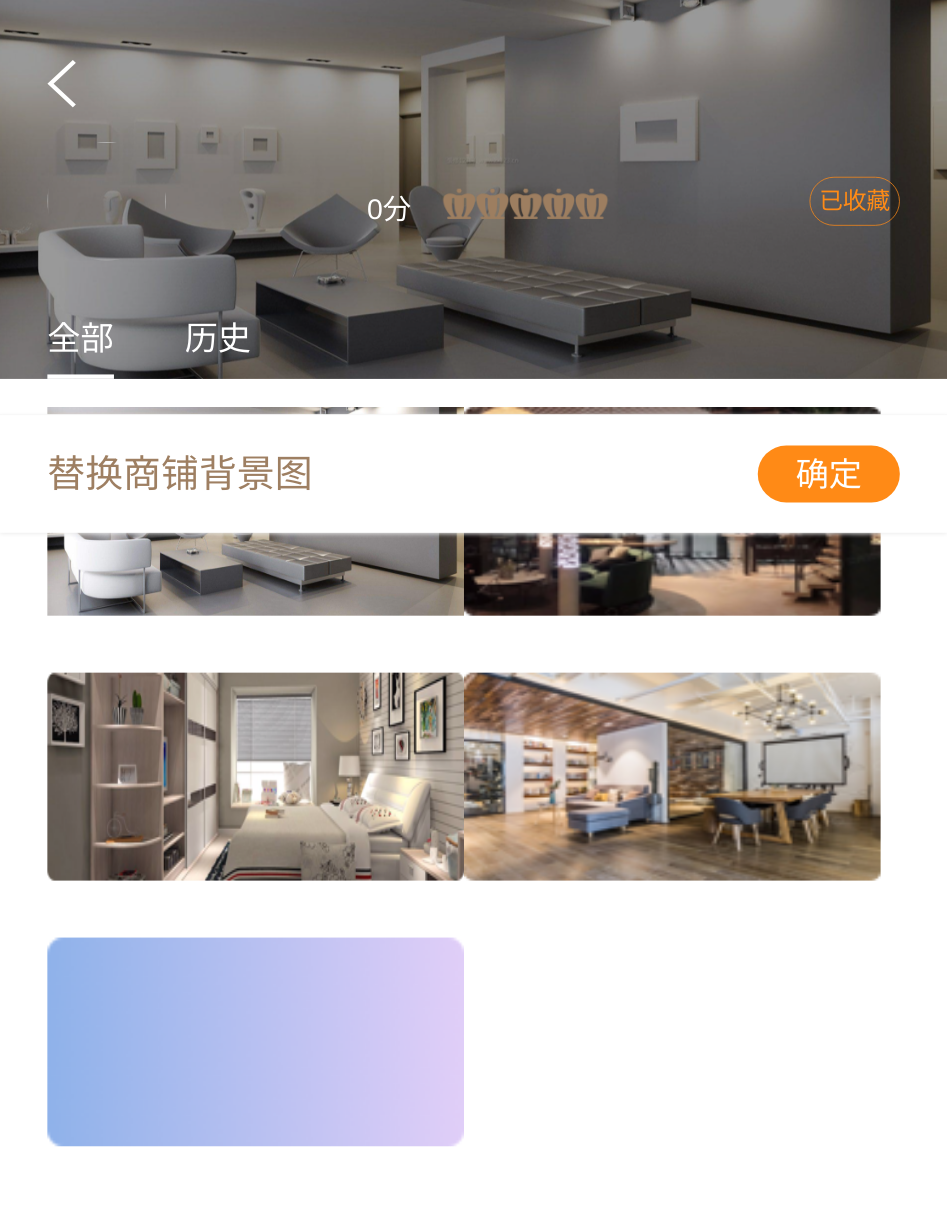
Repository: missing-star/rockBridge
Page: shop-set-bg.html
These files come from the project's save history. The page is drawn as it stood at one moment and after the next save; the edit follows.
The browser window is 1280 px wide. The pictures show the whole page, at 74% of full size.

Above is the page before, as saved 2019-05-16 17:51:16.

### shop-set-bg.html
<!DOCTYPE html>
<html lang="en">

<head>
    <meta charset="UTF-8">
    <meta name="viewport" content="width=device-width, initial-scale=1.0, user-scalable=no,maximum-scale=1.0">
    <meta http-equiv="X-UA-Compatible" content="ie=edge">
    <meta http-equiv="Expires" content="0">
    <meta http-equiv="Pragma" content="no-cache">
    <meta http-equiv="Cache-control" content="no-cache">
    <meta http-equiv="Cache" content="no-cache">
    <link rel="stylesheet" href="assets/mui/css/mui.min.css?v=1.2.6">
    <link rel="stylesheet" href="css/common.css?v=1.2.6">
    <link rel="stylesheet" href="css/shop-detail.css?v=1.2.6">
    <link rel="stylesheet" href="css/shop-set-bg.css">
    <title>叠石桥</title>
    <!--
        店铺详情
    -->
</head>

<body>
    <div id="app">
        <!--顶部搜索栏-->
        <header class="mui-bar mui-bar-nav" :style="currentBg">
            <div class="bg-black">
                <div class="search-group">
                    <i onclick="goBack()" class="mui-icon mui-icon-arrowleft"></i>
                </div>
                <div class="shop-info">
                    <img :src="shopInfo.images" alt="" class="shop-logo">
                    <div class="shop-title">
                        <p class="shop-name">{{shopInfo.title}}</p>
                        <p class="shop-level">
                            <span class="shop-score">{{score}}分</span>
                            <span class="shop-level-icon">
                                <img v-for="n in score" class="img-level" src="imgs/crown-active.png" alt="">
                                <img class="img-level" v-for="n in (5-score)" src="imgs/crown.png" alt="">
                            </span>
                        </p>
                    </div>
                    <button class="follow active">
                        已收藏
                    </button>
                </div>
                <ul class="tab-list">
                    <li class="tab-item active" data-tab-id="0">全部</li>
                    <li class="tab-item" data-tab-id="1">历史</li>
                </ul>
            </div>
        </header>
        <div class="mui-content">
            <div class="tab-content" :class="{active:showTab == 0}">
                <img v-for="index in bgList" :src="getBg(index)" class="preview-item">
            </div>
            <div class="tab-content goods" :class="{active:showTab == 1}">

            </div>
        </div>
        <!-- 联系商家 -->
        <div class="contact-business-wrapper">
            <p class="phone-number-wrapper">
                <span class="phone-number">替换商铺背景图</span>
            </p>
            <a href="javascript:;" @click="changeBg" class="contact-business-btn">确定</a>
        </div>
    </div>
    <script src="assets/vue/vue.min.js?v=1.2.6"></script>
    <script src="assets/jquery/jquery.min.js?v=1.2.6"></script>
    <script src="assets/mui/js/mui.min.js?v=1.2.6"></script>
    <script src="js/common.js?v=1.2.6"></script>
    <script src="js/shop-set-bg.js"></script>
</body>

</html>

### css/common.css
html,
body,
.mui-content {
    font-size: calc(100vw / 20);
    background: #ffffff;
}
*{
    word-break: break-all;
}
div.mui-content {
    padding: 1rem;
}

header.mui-bar.mui-bar-nav {
    background: #ffffff;
    -webkit-box-shadow: none;
            box-shadow: none;
}

nav.mui-bar.mui-bar-tab {
    background: #ffffff;
    -webkit-box-shadow: 0 0 6px 0 rgba(0, 0, 0, 0.15);
            box-shadow: 0 0 6px 0 rgba(0, 0, 0, 0.15);
}

nva.mui-bar-tab span.mui-tab-label {
    color: #9d7e60;
}

.mui-bar-tab .mui-tab-item.mui-active {
    color: #5f4831;
}

img.mui-icon.nav-bar-icon.active {
    display: inline;
}

img.mui-icon.nav-bar-icon {
    display: none;
}

p {
    margin: 0;
}

input[type=color],
input[type=date],
input[type=datetime-local],
input[type=datetime],
input[type=email],
input[type=month],
input[type=number],
input[type=password],
input[type=search],
input[type=tel],
input[type=text],
input[type=time],
input[type=url],
input[type=week],
select,
textarea {
    margin-bottom: 0;
    width: auto;
    height: auto;
    border: none;
    -webkit-box-flex: 1;
        -ms-flex: 1;
            flex: 1;
    font-size: 0.8rem;
}

input::-webkit-input-placeholder {
    color: #c2c2c2;
}

nav.mui-bar.mui-bar-tab a.mui-tab-item {
    -ms-touch-action: none;
        touch-action: none;
    height: 100%;
}

nav.mui-bar.mui-bar-tab {
    height: 3rem;
}

.mui-bar-tab .mui-tab-item .mui-icon {
    top: 3px;
    width: 1.2rem;
    height: 1.2rem;
    padding-top: 0;
    padding-bottom: 0;
    margin-bottom: 0.1rem;
}

.mui-bar-tab .mui-tab-item .mui-icon~.mui-tab-label {
    font-size: 0.5rem;
    line-height: 1rem;
}

.mui-bar-tab~.mui-content {
    padding-top: 2.5rem;
    padding-bottom: 3rem;
}

button.submit {
    background: #9d7e60;
    width: 100%;
    border: none;
    border-radius: 1rem;
    font-size: 1rem;
    line-height: 1rem;
    color: #fff;
    margin-top: 1rem;
    height: 2rem;
}

button.mui-btn.mui-btn-blue.mui-poppicker-btn-ok,
button.mui-btn.mui-btn-blue {
    color: #ff8b16;
    background: transparent;
    border: none;
    font-size: 1rem;
}

.mui-poppicker-header,
.mui-dtpicker-header {
    border-radius: 0.3rem 0.3rem 0 0;
}

button.mui-btn.mui-poppicker-btn-cancel,
.mui-dtpicker-header button {
    color: #aaaaaa;
    border: none;
    background: transparent;
    font-size: 1rem;
}

button.mui-btn.mui-poppicker-btn-cancel>img,
.mui-dtpicker-header button>img {
    width: 1rem;
}

.mui-picker-inner,
.mui-picker {
    background: #fcfcfc;
    -webkit-mask-box-image: none;
    border-radius: 0 0 0.3rem 0.3rem;
}

.mui-poppicker-body {
    border: none;
    border-radius: 0 0 0.3rem 0.3rem;
}

button.mui-btn {
    color: #aaaaaa;
    border-color: #aaaaaa;
}

.mui-dtpicker-header {
    background: #ffffff;
}

.mui-dtpicker-title h5 {
    display: none;
}

span.mui-popup-button.mui-popup-button-bold {
    color: #FF8B16;
}

span.mui-popup-button {
    color: #aaaaaa;
}

[v-cloak] {
    display: none !important;
}

.mui-poppicker.mui-active,
.mui-dtpicker.mui-active {
    margin: 0.5rem;
    width: calc(100% - 1rem);
    border-radius: 0.3rem;
}

.popicker-title,
.dt-popicker-title {
    -webkit-box-flex: 1;
        -ms-flex: 1;
            flex: 1;
    text-align: center;
    font-size: 1rem;
    color: #000000;
}

.mui-poppicker-header,
.mui-dtpicker-header {
    display: -webkit-box;
    display: -ms-flexbox;
    display: flex;
    -webkit-box-align: center;
        -ms-flex-align: center;
            align-items: center;
    -webkit-box-pack: justify;
        -ms-flex-pack: justify;
            justify-content: space-between;
    background: #eeeeee;
}

.mui-pciker-list li {
    color: #b19c88;
}

.mui-pciker-list li.highlight {
    color: #5f4831;
}

.mui-pciker-rule-ft {
    z-index: 2;
    border-top: solid 1px #ced7de;
    border-bottom: solid 1px #ced7de;
}


input::-webkit-outer-spin-button,
input::-webkit-inner-spin-button {

    -webkit-appearance: none !important;
}

input[type="number"] {
    -moz-appearance: textfield;
}
.ellipsis{
    white-space: nowrap;
    overflow: hidden;
    text-overflow: ellipsis;
}
/* 联系商家 */
.contact-business-wrapper {
    position: fixed;
    bottom: 0;
    width: 100%;
    height: 2.5rem;
    background: #FFFFFF;
    border-top: 1px solid #f6f6f6;
    -webkit-box-shadow: 0 2px 6px 0 #EBEBEB;
            box-shadow: 0 2px 6px 0 #EBEBEB;
    display: -webkit-box;
    display: -ms-flexbox;
    display: flex;
    -webkit-box-align: center;
        -ms-flex-align: center;
            align-items: center;
    -webkit-box-pack: justify;
        -ms-flex-pack: justify;
            justify-content: space-between;
    padding: 0 1rem;
}
span.phone-number {
    color: #9e7f62;
    font-size: 0.8rem;
}
a.contact-business-btn {
    background: #ff8a16;
    color: #fff;
    font-size: 0.7rem;
    border-radius: 1rem;
    padding: 0.1rem 0.8rem;
    line-height: 1rem;
}
p.phone-number-wrapper {
    display: -webkit-box;
    display: -ms-flexbox;
    display: flex;
    -webkit-box-align: center;
        -ms-flex-align: center;
            align-items: center;
    -webkit-box-pack: justify;
        -ms-flex-pack: justify;
            justify-content: space-between;
    min-width: 28%;
}
img.phone-icon {
    width: 1rem;
}

### css/shop-detail.css
header.mui-bar.mui-bar-nav {
    height: 8rem;
    background-repeat: no-repeat;
    background-size: cover;
    padding: 0;
}

.mui-bar-nav.mui-bar .mui-icon {
    margin-left: -0.5rem;
    padding: 0;
    font-size: 1.6rem;
    color: #FFFFFF;
}
input.search-input {
    background-image: url(../imgs/search.png);
    background-repeat: no-repeat;
    background-position: 0.5rem;
    background-size: 0.8rem;
    margin: 0;
    margin: 0 1rem;
    -webkit-box-shadow: 0 0 6px 0 rgba(0,0,0,0.15);
            box-shadow: 0 0 6px 0 rgba(0,0,0,0.15);
    border-radius: 1rem;
    padding-left: 1.5rem;
    font-size: 0.8rem;
    height: 100%;
    text-align: center;
}
.notice-container {
    position: relative;
    width: 2.5rem;
    display: -webkit-box;
    display: -ms-flexbox;
    display: flex;
    -webkit-box-align: center;
        -ms-flex-align: center;
            align-items: center;
}

img.notice-icon {
    width: 0.5rem;
}
.search-group {
    width: 100%;
    display: -webkit-box;
    display: -ms-flexbox;
    display: flex;
    -webkit-box-align: center;
        -ms-flex-align: center;
            align-items: center;
    -webkit-box-pack: justify;
        -ms-flex-pack: justify;
            justify-content: space-between;
    height: 1.5rem;
}
.bg-black {
    width: 100%;
    height: 100%;
    background: rgba(0,0,0,0.4);
    padding: 1rem;
    position: relative;
}
.shop-info {
    display: -webkit-box;
    display: -ms-flexbox;
    display: flex;
    -webkit-box-align: center;
        -ms-flex-align: center;
            align-items: center;
    height: 3.5rem;
    -webkit-box-pack: justify;
        -ms-flex-pack: justify;
            justify-content: space-between;
}
img.shop-logo {
    width: 2.5rem;
    height: 2.5rem;
    border-radius: 50%;
}
img.img-level {
    width: 0.7rem;
}
p.shop-name {
    color: #fff;
    font-size: 0.8rem;
    line-height: 0.8rem;
}
p.shop-level {
    color: #fff;
    font-size: 0.6rem;
    margin-top: 0.2rem;
    line-height: 0.6rem;
}
button.follow {
    background: transparent;
    border-radius: 1rem;
    color: #fff;
    font-size: 0.5rem;
    line-height: 0.8rem;
}
span.shop-level-icon {
    margin-left: 0.5rem;
}
ul.tab-list {
    margin: 0;
    padding: 0;
    list-style: none;
    color: #fff;
    display: -webkit-box;
    display: -ms-flexbox;
    display: flex;
    -webkit-box-align: center;
        -ms-flex-align: center;
            align-items: center;
    height: 1.2rem;
    position: absolute;
    bottom: 0;
}
li.tab-item {
    margin-right: 1.5rem;
    position: relative;
    height: 100%;
    line-height: 0.7rem;
    font-size: 0.7rem;
}
li.tab-item.active:after{
    content: '';
    width:100%;
    background: #fff;
    height: 0.1rem;
    position: absolute;
    bottom: 0;
    left: 0;
}
.slider, .slider-business {
    white-space: nowrap;
    overflow: hidden;
    overflow-x: scroll;
}
.slider-business-item {
    display: inline-block;
    width: 5rem;
    border-radius: 6px;
    margin-right: 10px;
    text-align: center;
}
.slider-business::-webkit-scrollbar{
    width: 0;
    height: 0;
}
.slider-business-item img {
    width: 100%;
    border-radius: 6px;
    height: 5rem;
}
p.business-item-title {
    margin-top: 0.5rem;
    font-size: 0.8rem;
    color: #333;
    line-height: 0.8rem;
    margin-bottom: 0.5rem;
}
p.business-item-content {
    font-size: 0.6rem;
    line-height: 0.6rem;
    color:#fb8433;
}
.mui-bar-nav~.mui-content{
    padding-top: 8rem;
}
p.business-top-title,p.class-title {
    font-size: 0.8rem;
    padding: 1rem 0;
    color: #000;
}
div.have-good-goods {
    display: -webkit-box;
    display: -ms-flexbox;
    display: flex;
    -webkit-box-align: center;
        -ms-flex-align: center;
            align-items: center;
    -ms-flex-wrap: wrap;
        flex-wrap: wrap;
    -webkit-box-pack: justify;
        -ms-flex-pack: justify;
            justify-content: space-between;
}
.goods-item {
    width: 48%;
    margin-bottom: 1rem;
}
img.goods-img {
    width: 100%;
    height: calc(48vw - 1rem);
    border-radius: 0.2rem;
}
.goods-info>p:first-child {
    margin: 0.2rem 0;
    font-size: 0.6rem;
    line-height: 0.8rem;
}
.goods-info>p {
    font-size: 0.8rem;
    line-height: 0.8rem;
    display: -webkit-box;
    display: -ms-flexbox;
    display: flex;
    -webkit-box-align: center;
        -ms-flex-align: center;
            align-items: center;
    -webkit-box-pack: justify;
        -ms-flex-pack: justify;
            justify-content: space-between;
}
span.eye-container {
    display: -webkit-inline-box;
    display: -ms-inline-flexbox;
    display: inline-flex;
    -webkit-box-align: center;
        -ms-flex-align: center;
            align-items: center;
}
img.view-num {
    width: 1rem;
    margin-right: 0.2rem;
}
button.reserve {
    background: #9d7e60;
    border: none;
    border-radius: 1rem;
    color: #fff;
    padding: 0 0.3rem;
    font-size: 0.6rem;
    line-height: 1rem;
}
.bottom-line {
    width: 100%;
    color: #aaa;
    font-size: 0.8rem;
    text-align: center;
    height: 2rem;
    margin-bottom: 0.5rem;
}
button.follow.active {
    color: #ff8b16;
    border-color: #ff8b16;
}

/**搜索页样式*/
div.search-page.active{
    -webkit-animation: slideIn 0.2s ease;
            animation: slideIn 0.2s ease;
    -webkit-animation-fill-mode: forwards;
            animation-fill-mode: forwards;
}
@-webkit-keyframes slideIn{
    from{
        left:100%
    }
    to{
        left:0
    }
}
@keyframes slideIn{
    from{
        left:100%
    }
    to{
        left:0
    }
}
div.search-page {
    position: fixed;
    left: 100%;
    top: 0;
    width: 100%;
    height: 100%;
    z-index: 99;
    background: #fff;
}
div.search-page.slide-out{
    -webkit-animation: slideOut 0.2s ease;
            animation: slideOut 0.2s ease;
    -webkit-animation-fill-mode: forwards;
            animation-fill-mode: forwards;
}
@-webkit-keyframes slideOut{
    from{
        left:0
    }
    to{
        left:100%
    }
}
@keyframes slideOut{
    from{
        left:0
    }
    to{
        left:100%
    }
}
div.search-page>header {
    padding: 15px;
    display: -webkit-box;
    display: -ms-flexbox;
    display: flex;
    -webkit-box-align: center;
        -ms-flex-align: center;
            align-items: center;
    -webkit-box-pack: justify;
        -ms-flex-pack: justify;
            justify-content: space-between;
}
img.icon-back {
    width: 0.6rem;
}
span.cancel-search {
    white-space: nowrap;
    color: #333;
    padding: 0.5rem 0;
    font-size: 0.8rem;
}
p.business-detail>span:first-child{
	font-size: 0.8rem;
	line-height: 0.8rem;
    margin-bottom: 0.2rem;
    display: -webkit-box;
    display: -ms-flexbox;
    display: flex;
    -webkit-box-align: center;
        -ms-flex-align: center;
            align-items: center;
}

p.business-detail>span:last-child{
	font-size: 0.6rem;
	line-height: 0.6rem;
}

ul.tab-bar {
    margin: 0;
    list-style: none;
    padding-left: 15px;
}

li.tab-bar-item{
    display: inline-block;
    text-align: center;
    color:#888888;
    font-size: 0.8rem;
    width: 3rem;
    height: 1.5rem;
    position: relative;
    margin-right: 1rem;
    line-height: 0.9rem;
}
li.tab-bar-item.active{
    color:#5e452d;
}
li.tab-bar-item.active:after {
    content: '';
    width: 100%;
    height: 3px;
    position: absolute;
    bottom: 0;
    left: 0;
    background: #5e452d;
}
header.history-header,header.hot-header {
    margin-top: 1rem;
    display: -webkit-box;
    display: -ms-flexbox;
    display: flex;
    -webkit-box-align: center;
        -ms-flex-align: center;
            align-items: center;
    -webkit-box-pack: justify;
        -ms-flex-pack: justify;
            justify-content: space-between;
    padding: 0 15px;
}
p.search-history-title,p.search-hot-title {
    font-size: 0.7rem;
}
img.icon-delete {
    width: 0.8rem;
}
ul.history-list ,ul.hot-list{
    list-style: none;
    margin-top: 1rem;
    padding: 0 15px;
}
li.list-item {
    display: inline-block;
    padding: 0.2rem 1rem;
    background: #f6f6f6;
    border-radius: 100px;
    color:#666666;
    font-size: 0.6rem;
    margin-right: 0.6rem;
    margin-bottom: 0.4rem;
}
.input-group {
    position: relative;
    -webkit-box-flex: 1;
        -ms-flex: 1;
            flex: 1;
    margin: 0 1rem;
    height: 1.5rem;
}
img.clear-icon {
    position: absolute;
    top: 0.3rem;
    right: 0.4rem;
    width: 0.8rem;
}
input.search-page-input {
    height: 100%;
    background: url(../imgs/search.png) no-repeat;
    background-position: 0.2rem;
    background-size: 0.8rem;
    margin: 0;
    -webkit-box-shadow: 0 0 6px 0 rgba(0,0,0,0.15);
            box-shadow: 0 0 6px 0 rgba(0,0,0,0.15);
    border-radius: 1rem;
    padding-left: 1.3rem;
    font-size: 0.6rem;
    width: 100%;
}
p.name {
    color: #333333;
    text-align: center;
    font-size: 0.8rem;
    line-height: 1rem;
}
p.price {
    color: #ff4404;
    text-align: center;
    font-size: 0.6rem;
    line-height: 1rem;
}
.tab-content {
    display: none;
}
.tab-content.active {
    display: block;
}
.tab-content.goods.active {
    padding-top: 1rem;
}
.comments-score {
    display: -webkit-box;
    display: -ms-flexbox;
    display: flex;
    -webkit-box-align: center;
        -ms-flex-align: center;
            align-items: center;
    -webkit-box-pack: justify;
        -ms-flex-pack: justify;
            justify-content: space-between;
}
img.comments-icon {
    width: 0.75rem;
    margin: 0 0.1rem;
}
.score-show,.star-container,.good-percent {
    -webkit-box-shadow: 0px 2px 6px 0px rgba(0,0,0,0.15);
            box-shadow: 0px 2px 6px 0px rgba(0,0,0,0.15);
    display: -webkit-box;
    display: -ms-flexbox;
    display: flex;
    -webkit-box-align: center;
        -ms-flex-align: center;
            align-items: center;
    -webkit-box-pack: center;
        -ms-flex-pack: center;
            justify-content: center;
    -webkit-box-orient: vertical;
    -webkit-box-direction: normal;
        -ms-flex-direction: column;
            flex-direction: column;
    padding: 0.5rem;
    border-radius: 5px;
    min-height: 3.7rem;
}
.score-show>p.score,.good-percent>p.number {
    color: #ff8b16;
    font-size: 1.2rem;
    line-height: 1.2rem;
}
.score-show>p.title,.good-percent>p.title {
    color: #333333;
    font-size: 0.7rem;
    line-height: 1rem;
    margin-top: 0.2rem;
}
p.score-star {
    margin-top: 0.02rem;
}
.star-container {
    -webkit-box-flex: 1;
        -ms-flex: 1;
            flex: 1;
    margin: 0 0.3rem;
}
.star-container>p {
    font-size: 0.7rem;
    color: #333333;
}
img.user-logo {
    width: 2.5rem;
    height: 2.5rem;
    border-radius: 50%;
}
ul.comments-list {
    list-style: none;
    padding: 0;
}
.user-info {
    display: -webkit-box;
    display: -ms-flexbox;
    display: flex;
    -webkit-box-align: center;
        -ms-flex-align: center;
            align-items: center;
    -webkit-box-pack: justify;
        -ms-flex-pack: justify;
            justify-content: space-between;
    border-bottom: 1px solid #eeeeee;
    padding-bottom: 0.2rem;
}
.left-part {
    display: -webkit-box;
    display: -ms-flexbox;
    display: flex;
    -webkit-box-align: center;
        -ms-flex-align: center;
            align-items: center;
    -webkit-box-pack: justify;
        -ms-flex-pack: justify;
            justify-content: space-between;
}
p.user-nickname {
    display: -webkit-box;
    display: -ms-flexbox;
    display: flex;
    -webkit-box-orient: vertical;
    -webkit-box-direction: normal;
        -ms-flex-direction: column;
            flex-direction: column;
    padding-left: 0.5rem;
}
img.like-icon {
    width: 0.6rem;
}
p.like {
    font-size: 0.75rem;
    line-height: 1rem;
    color: #333333;
    display: -webkit-box;
    display: -ms-flexbox;
    display: flex;
    -webkit-box-align: center;
        -ms-flex-align: center;
            align-items: center;
    -webkit-box-pack: end;
        -ms-flex-pack: end;
            justify-content: flex-end;
}
span.username {
    color: #333333;
    font-size: 0.8rem;
    line-height: 1rem;
}
span.score {
    color: #aaaaaa;
    font-size: 0.6rem;
    line-height: 1rem;
}
p.show-date {
    color: #aaaaaa;
    font-size: 0.75rem;
    line-height: 1rem;
}
span.like-num {
    padding-left: 0.2rem;
    padding-top: 0.2rem;
}
.comments-content {
    padding-top: 0.5rem;
    font-size: 0.7rem;
    line-height: 1rem;
    color: #333333;
}
.shop-reply {
    background: #eeeeee;
    font-size: 0.7rem;
    margin-top: 0.5rem;
    line-height: 1rem;
    border-radius: 0.2rem;
    padding: 0.2rem;
    color:#aaaaaa;
}
li.comments-item{
    position: relative;
    margin-bottom: 2rem;
}
li.comments-item:after {
    content: '';
    position: absolute;
    background: #f6f6f6;
    height: 4px;
    width: 100%;
    bottom: -1rem;
}
button.comments-btn {
    position: fixed;
    bottom: 0;
    left: 0;
    width: 100vw;
    font-size: 0.9rem;
    line-height: 1.2rem;
    border: none;
    background: #9d7e60;
    border-radius: 0px;
    color: #ffffff;
    padding: 0.5rem;
}
.show-imgs {
    display: -webkit-box;
    display: -ms-flexbox;
    display: flex;
    -webkit-box-align: center;
        -ms-flex-align: center;
            align-items: center;
    margin-top: 0.5rem;
}
img.show-img-item {
    width: 30%;
    margin: 0 1%;
    height: 5rem;
    border-radius: 0.2rem;
}

### css/shop-set-bg.css
img.preview-item {
    width: 44vw;
    height: 22vw;
    margin: 3vw 0;
}

### js/shop-set-bg.js
var vm = new Vue({
    el: '#app',
    data: {
        currentTab: 'all',
        showTab: 0,
        shopInfo: '',
        hotList: [],
        score: 0,
        bgList:JSON.parse(localStorage.getItem('bgList')),
        currentBgIndex:localStorage.getItem('currentBg')
    },
    filters: {
        //拼接图片地址
        filterImg(thumb) {
            thumb = thumb == null ? '' : thumb;
            if (thumb.indexOf('http') != -1) {
                return `${thumb}`;
            }
            return `${rootUrl}${thumb}`;
        }
    },
    computed: {
        currentBg:function() {
            return {
                backgroundImage:`url(bg/${this.bgList[this.currentBgIndex]}.png)`
            }
        }

    },
    methods: {
        changeBg:function() {

        },
        getBg(index) {
            return `bg/${index}.png`;
        }
    },
});

$(function () {
    //获得商家详情
    // getShopInfo();
    //切换tab
    $("li.tab-item").click(function () {
        if (!$(this).hasClass('active')) {
            $(this).addClass('active');
            $(this).siblings().removeClass('active');
            console.log($(this).attr('data-tab-id'));
            vm.showTab = $(this).attr('data-tab-id');
        }
    });
});

function getShopInfo() {
    $.ajax({
        url: `${rootUrl}/index/api/getShopsInfo`,
        data: {
            id: getParams().id
        },
        type: 'post',
        dataType: 'json',
        success: function (data) {
            vm.shopInfo = data.result[0];
            vm.hotList = data.result.click_goods_list;
            vm.allList = data.result.goods_list;
            vm.searchList = data.result.goods_list;
            vm.isCollection = data.result.is_collection;
            vm.score = data.result.shop_review;
        },
        error: function () {
            mui.toast('服务器异常');
        }
    });
}

Loaded but not shown: assets/mui/css/mui.min.css (library); assets/vue/vue.min.js (library); assets/jquery/jquery.min.js (library); assets/mui/js/mui.min.js (library); js/common.js (220 lines, source omitted)

After the next save:
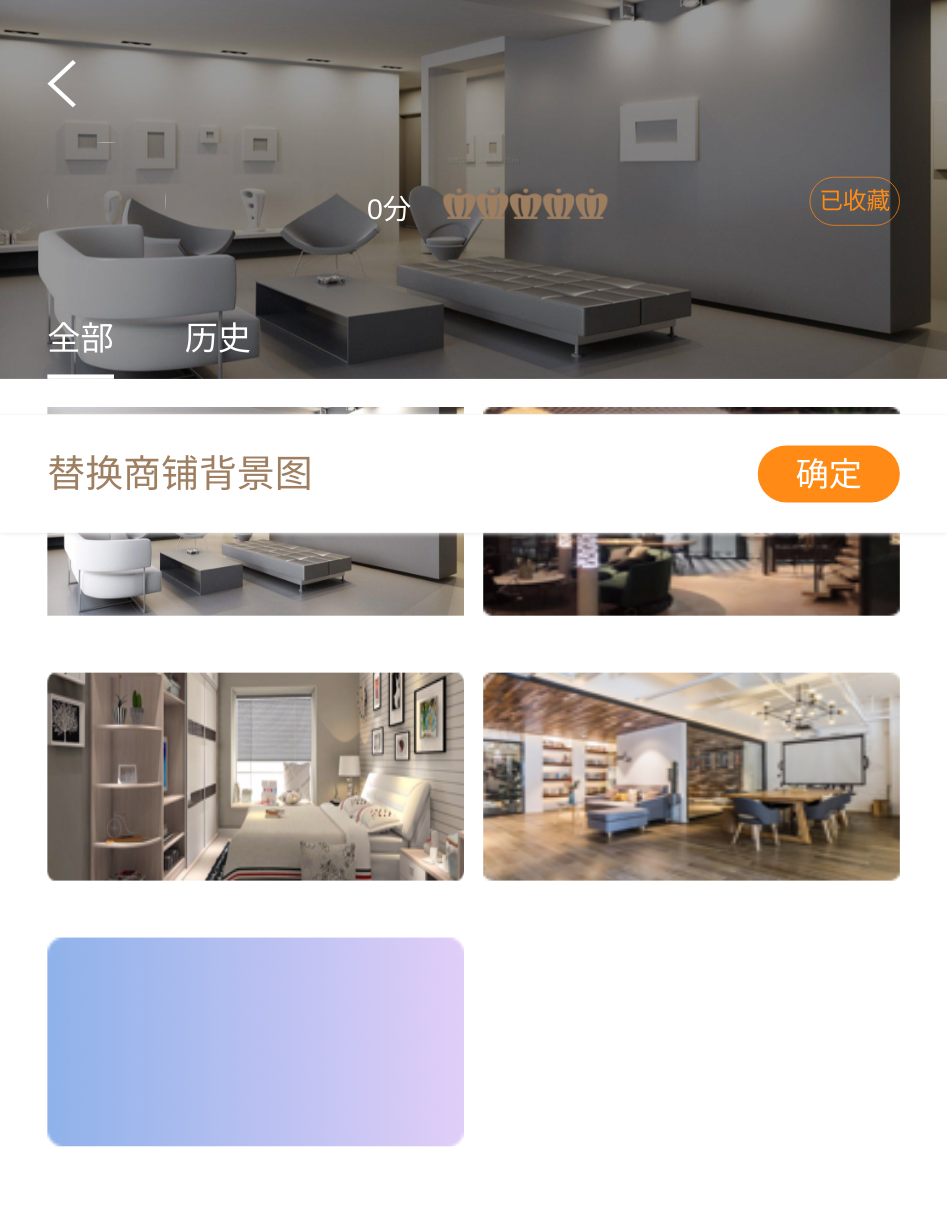
Saved 35 s later.
--- a/css/shop-set-bg.css
+++ b/css/shop-set-bg.css
@@ -3,3 +3,9 @@ img.preview-item {
     height: 22vw;
     margin: 3vw 0;
 }
+.tab-content.active {
+    display: flex;
+    align-items: center;
+    justify-content: space-between;
+    flex-wrap: wrap;
+}
